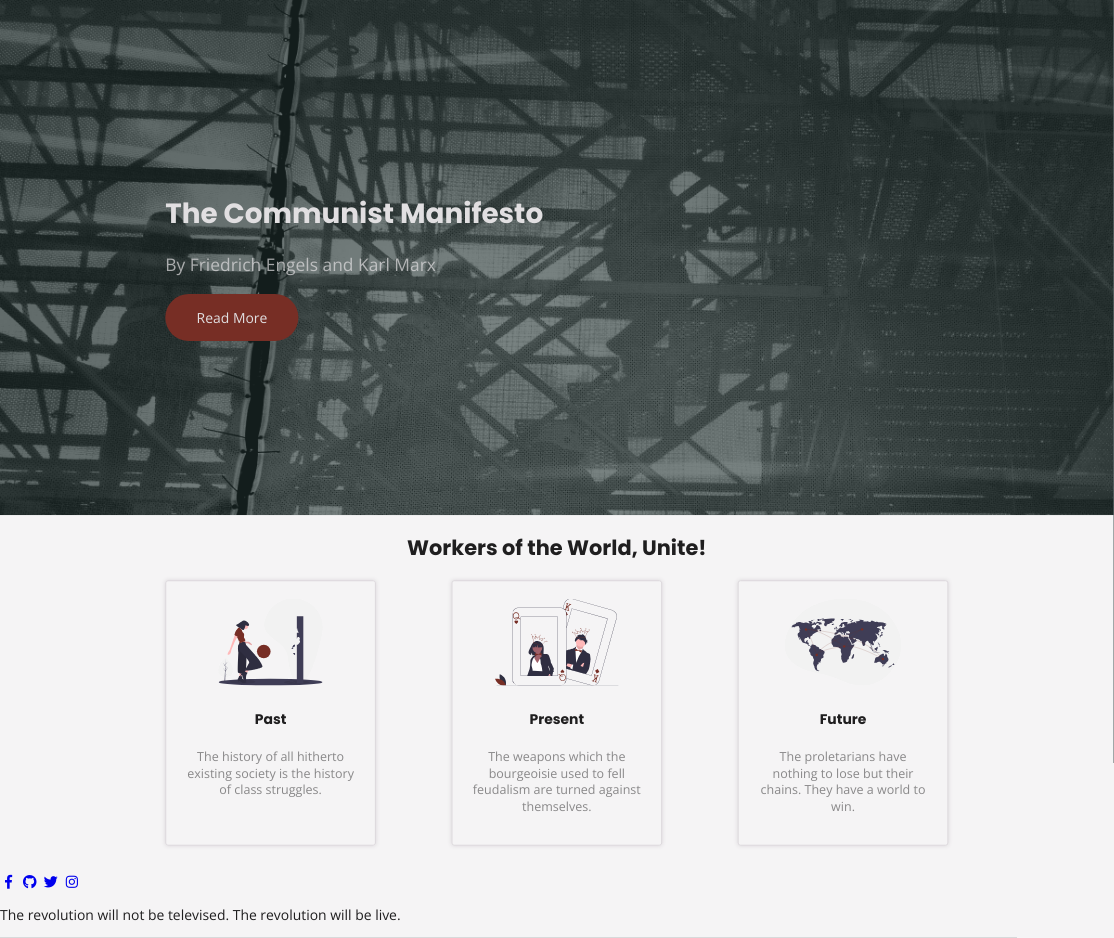
Repository: eaang/landing
Page: index.html
An editor plug-in stored every save of this project. The page is shown before and after the next save, followed by the edit.
The browser window is 1280 px wide. The pictures show the whole page, at 87% of full size.
Some web libraries are served in a nearby version.

Above is the page before, as saved 2020-06-10 16:29:14.

After the next save:
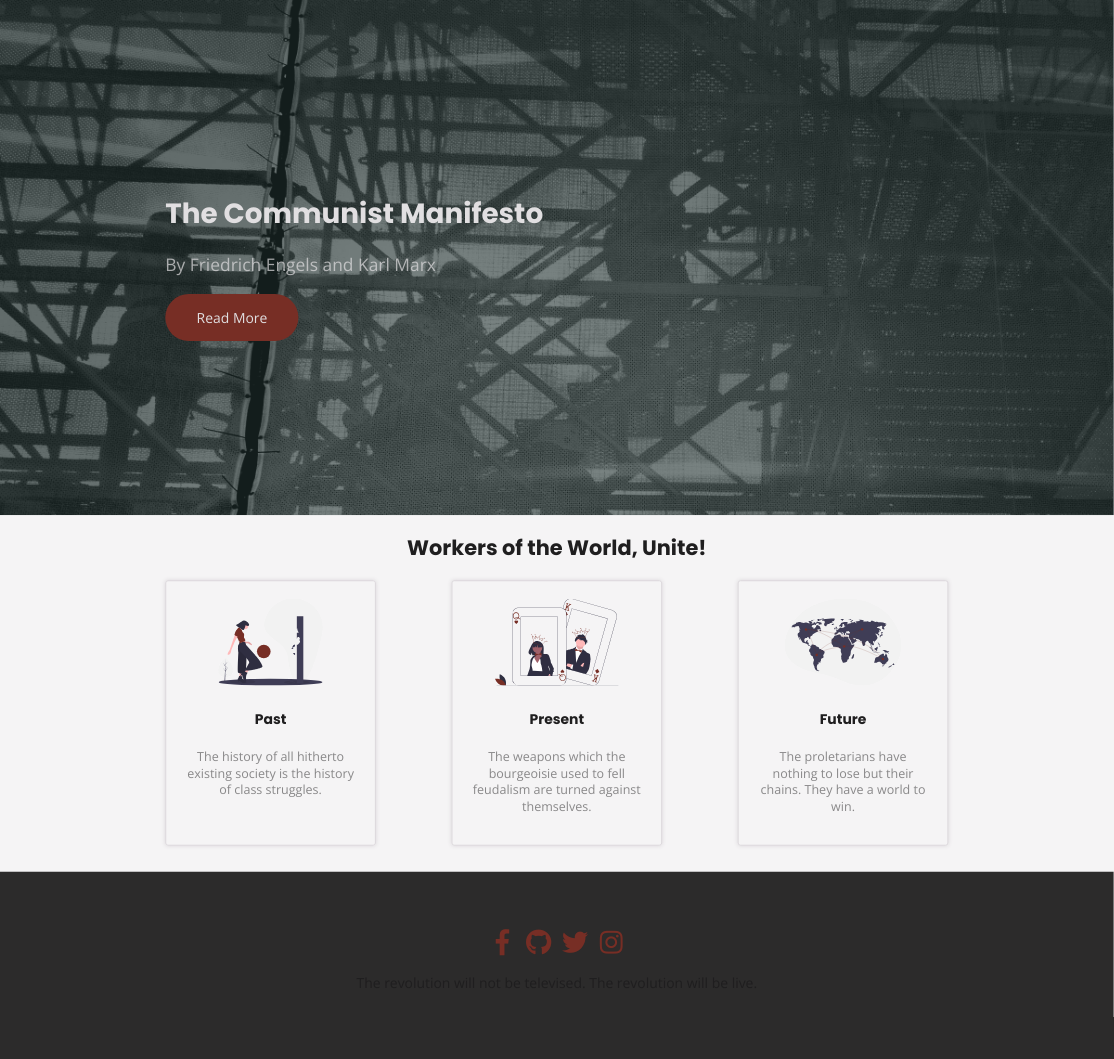
Saved 5 min 15 s later.
--- a/css/style.css
+++ b/css/style.css
@@ -98,3 +98,14 @@ a {
   opacity: .5;
   font-size: .9em
 }
+
+/* Footer design */
+.footer {
+	text-align: center;
+	padding: 60px;
+	background-color: #2c2b2b;
+}
+.footer a {
+	font-size: 30px;
+	color: #772E25;
+}
